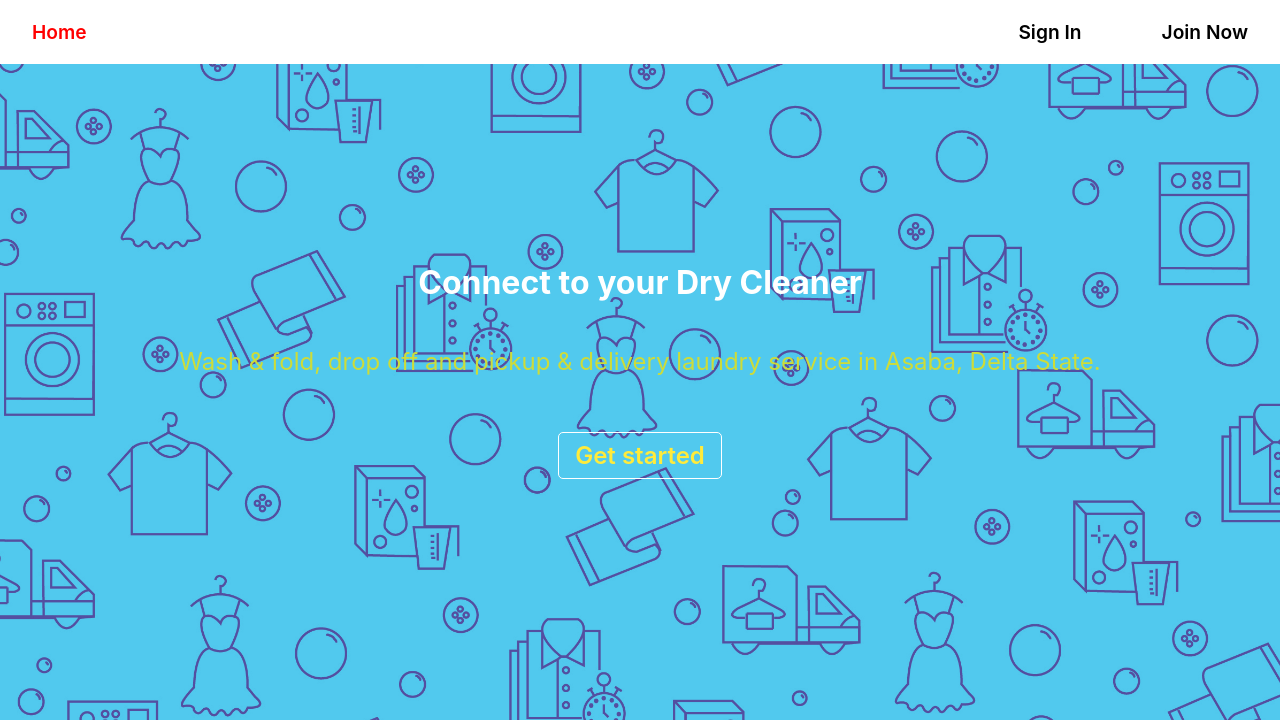
Repository: MikkyPrestige/fake-user-authentication
Page: /
An editor plug-in stored every save of this project. The page is shown before and after the next save, followed by the edit.
The browser window is 1280 px wide. The pictures show the whole page.
The project was rebuilt for these pictures with package versions that can differ from the ones it lists, and the page was loaded fresh each time.

Above is the page before, as saved 2022-11-19 23:04:17.

### src/index.css
body {
  margin: 0;
  font-family: -apple-system, BlinkMacSystemFont, 'Segoe UI', 'Roboto', 'Oxygen',
    'Ubuntu', 'Cantarell', 'Fira Sans', 'Droid Sans', 'Helvetica Neue',
    sans-serif;
  -webkit-font-smoothing: antialiased;
  -moz-osx-font-smoothing: grayscale;
  background-image: url(./assets/img/pattern_blue-1.jpg);
  background-repeat: no-repeat;
  background-size: cover;
  background-position: center;
  background-attachment: fixed;
}

code {
  font-family: source-code-pro, Menlo, Monaco, Consolas, 'Courier New',
    monospace;
}

### src/App.jsx
import React from "react";
import { Route, Routes } from "react-router-dom";
import { Home, Navigation } from "./components";

function App() {
  return (
    <div className="App">
      <Navigation />
      <Routes>
      <Route path="/" element={< Home />} />
      </Routes>
    </div>
  );

}

export default App;

### src/components/index.js
export { default as Home } from './home';
export { default as Navigation } from './navigation';

### src/components/home.jsx
// HOME COMPONENT - This is the main component for the home page
// It contains the main content for the home page

import React from 'react';
import { Link } from 'react-router-dom';
import "../assets/styles/home.css";

const Home = () => {
    return (
        <div className="home">
            <div className="home__content">
                <h1 className="home__title">Connect to your Dry Cleaner</h1>
                <p className="home__description">Wash & fold, drop off and pickup & delivery laundry service in Asaba, Delta State.</p>
                <Link to="/" className="home__link">Get started</Link>
            </div>
        </div>
    )
}

export default Home;

### src/components/navigation.jsx
// NAVIGATION COMPONENT

import React from "react";
import { NavLink } from "react-router-dom";
import "../assets/styles/navigation.css";

const Navigation = () => {
  return (
    <div className="navigation">
      <nav className="navigation__links">
        <div className="navigation--link">
          <NavLink
            style={({ isActive }) =>
              isActive ? { color: "red" } : { color: "black" }
            }
            to="/"
            className="navigation__link--item"
            exact
          >
            Home
          </NavLink>
        </div>
        <div className="navigation__link--wrapper">
          <NavLink
            style={({ isActive }) =>
              isActive ? { color: "red" } : { color: "black" }
            }
            to="/signIn"
            className="navigation__link--item"
          >
            Sign In
          </NavLink>
          <NavLink
            style={({ isActive }) =>
              isActive ? { color: "red" } : { color: "black" }
            }
            to="/join"
            className="navigation__link--item"
          >
            Join Now
          </NavLink>
        </div>
      </nav>
    </div>
  );
};

export default Navigation;

### src/assets/styles/home.css
.home {
  background: url(../img/pattern_blue-1.jpg) no-repeat cover center fixed;
  height: 100vh;
  color:  #fff;
}

.home__content {
  display: flex;
  flex-direction: column;
  justify-content: center;
  align-items: center;
  height: 100%;
}

.home__title {

}

.home__description {
  font-size: 1.5rem;
  color: #CDDC39;
}

.home__link {
  text-decoration: none;
  color: #FFEB3B;
  font-size: 1.5rem;
  font-weight: 600;
  padding: .5rem 1rem;
  border: 1px solid #fff;
  border-radius: 5px;
  margin-top: 2rem;
}

### src/assets/styles/navigation.css
.navigation {
    background-color: #fff;
    height: 4rem;
    position: fixed;
    top: 0;
    width: 100%;
    z-index: 100;
}

.navigation__links {
    display: flex;
    justify-content: space-between;
    align-items: center;
    height: 100%;
    padding: 0 2rem;
}

.navigation__link--item {
    font-size: 1.2rem;
    font-weight: 600;
    text-decoration: none;
}

.navigation__link--wrapper {
  display: flex;
  align-items: center;
  gap: 5rem;
}

Loaded but not shown: public/index.html (common file); src/index.js (common file)

After the next save:
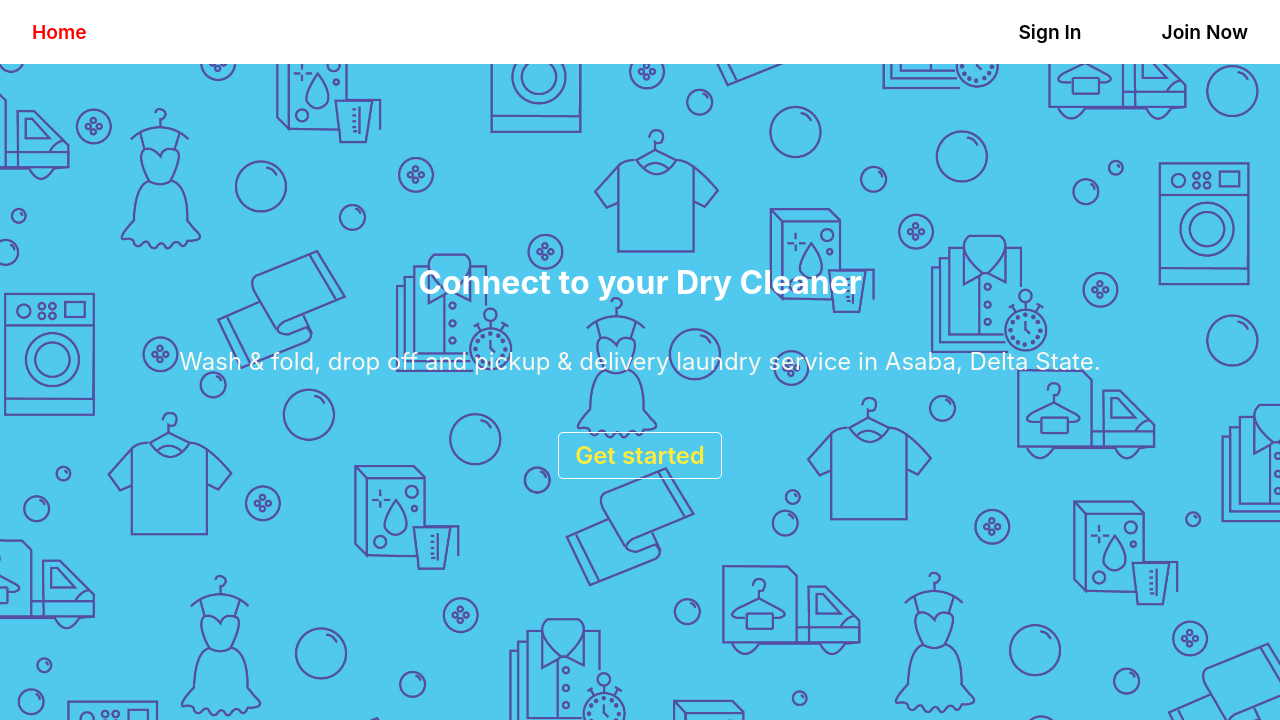
Saved 31 min 52 s later.
--- a/src/assets/styles/home.css
+++ b/src/assets/styles/home.css
@@ -18,7 +18,7 @@
 
 .home__description {
   font-size: 1.5rem;
-  color: #CDDC39;
+  color: #FAF7F0;
 }
 
 .home__link {
